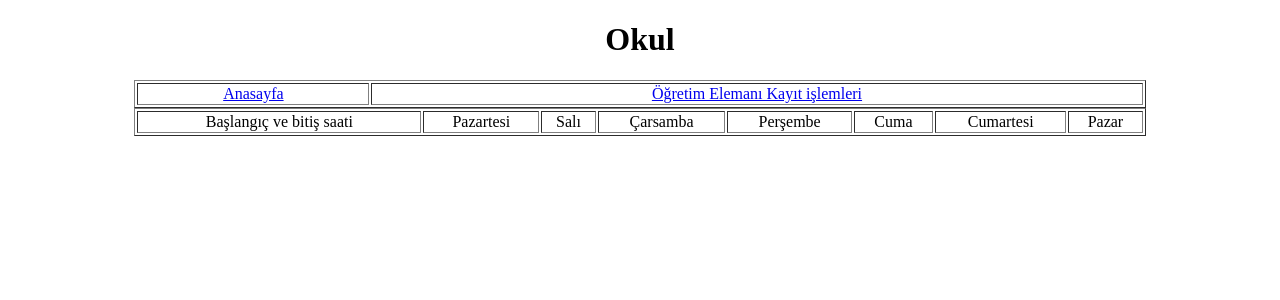
Repository: Egemen-ve-Burakhan-internet-final/final
Page: http://localhost/ogretim/
An editor plug-in stored every save of this project. The page is shown before and after the next save, followed by the edit.
The browser window is 1280 px wide. The pictures show the whole page.
The page is served by Tomcat 9. Other server files are loaded and not shown. Queries for data that is not in the repository find no rows.

Above is the page before, as saved 2020-05-30 13:57:01.

### okul/ogretim/WebContent/index.jsp
<%@ page language="java" contentType="text/html; charset=UTF-8"
    pageEncoding="UTF-8"%>
   <%@ page import="java.sql.DriverManager"%>
   <%@ page import="java.sql.ResultSet"%>
   <%@ page import="java.sql.Statement"%>
   <%@ page import="java.sql.Connection"%>
<!DOCTYPE html>
<html>
	<head>
		<title>Ana Sayfa</title>
	</head>
	<body>
            <%
                Connection connection = DriverManager.getConnection(
                "jdbc:sqlserver://localhost:1433;databaseName=okuldb;integratedSecurity=true;");

            Statement statement1 = connection.createStatement();
            Statement statement2 = connection.createStatement();
            Statement statement3 = connection.createStatement();
            Statement statement4 = connection.createStatement();
            Statement statement5 = connection.createStatement();
            Statement statement6 = connection.createStatement();
            Statement statement7 = connection.createStatement();
            Statement statement8 = connection.createStatement();
            Statement statement9 = connection.createStatement();
            Statement statement10 = connection.createStatement();
            Statement statement11 = connection.createStatement();
            Statement statement12 = connection.createStatement();

            ResultSet resultset1 = statement1.executeQuery("select * from dersler where ders_id=1 and dolu =1");
            ResultSet resultset2 = statement2.executeQuery("select * from dersler where ders_id=2 and dolu =1");
            ResultSet resultset3 = statement3.executeQuery("select * from dersler where ders_id=3 and dolu =1");
            ResultSet resultset4 = statement4.executeQuery("select * from dersler where ders_id=4 and dolu =1");
            ResultSet resultset5 = statement5.executeQuery("select * from dersler where ders_id=5 and dolu =1");
            ResultSet resultset6 = statement6.executeQuery("select * from dersler where ders_id=6 and dolu =1");
            ResultSet resultset7 = statement7.executeQuery("select * from dersler where ders_id=7 and dolu =1");
            ResultSet resultset8 = statement8.executeQuery("select * from dersler where ders_id=8 and dolu =1");
            ResultSet resultset9 = statement9.executeQuery("select * from dersler where ders_id=9 and dolu =1");
            ResultSet resultset10= statement10.executeQuery("select * from dersler where ders_id=10 and dolu =1");
            ResultSet resultset11= statement11.executeQuery("select * from dersler where ders_id=11 and dolu =1");
            ResultSet resultset12= statement12.executeQuery("select * from dersler where ders_id=12 and dolu =1");

            Statement statement13 = connection.createStatement();
            Statement statement14 = connection.createStatement();
            Statement statement15 = connection.createStatement();
            Statement statement16 = connection.createStatement();
            Statement statement17 = connection.createStatement();
            Statement statement18 = connection.createStatement();
            Statement statement19 = connection.createStatement();
            Statement statement20 = connection.createStatement();
            Statement statement21 = connection.createStatement();
            Statement statement22 = connection.createStatement();
            Statement statement23 = connection.createStatement();
            Statement statement24 = connection.createStatement();

            ResultSet ogr1 = statement13.executeQuery("select * from ogretmen_kayit where ders_secim = 1");
            ResultSet ogr2 = statement14.executeQuery("select * from ogretmen_kayit where ders_secim = 2");
            ResultSet ogr3 = statement15.executeQuery("select * from ogretmen_kayit where ders_secim = 3");
            ResultSet ogr4 = statement16.executeQuery("select * from ogretmen_kayit where ders_secim = 4");
            ResultSet ogr5 = statement17.executeQuery("select * from ogretmen_kayit where ders_secim = 5");
            ResultSet ogr6 = statement18.executeQuery("select * from ogretmen_kayit where ders_secim = 6");
            ResultSet ogr7 = statement19.executeQuery("select * from ogretmen_kayit where ders_secim = 7");
            ResultSet ogr8 = statement20.executeQuery("select * from ogretmen_kayit where ders_secim = 8");
            ResultSet ogr9 = statement21.executeQuery("select * from ogretmen_kayit where ders_secim = 9");
            ResultSet ogr10 = statement22.executeQuery("select * from ogretmen_kayit where ders_secim = 10");
            ResultSet ogr11 = statement23.executeQuery("select * from ogretmen_kayit where ders_secim = 11");
            ResultSet ogr12 = statement24.executeQuery("select * from ogretmen_kayit where ders_secim = 12");

            %>

		    <div>

				<div>
					<h1 style="text-align:center">Okul</h1>
				</div>

				<div>
					<table border=1px; width="80%" align= center>
						<tr>
							<td style="text-align:center"><a href="index.jsp">Anasayfa</a></td>
							<td style="text-align:center"><a href="ogretmen_kayit.jsp">Öğretim Elemanı Kayıt işlemleri</a></td>
						</tr>
					</table>
				</div>

				<div>

					<table border = 1px; align = center width=80% style="text-align:center">

					  <tr>
						<td>Başlangıç ve bitiş saati</td>
						<td>Pazartesi</td>
						<td>Salı</td>
						<td>Çarsamba</td>
						<td>Perşembe</td>
						<td>Cuma</td>
						<td>Cumartesi</td>
						<td>Pazar</td>
					  </tr>
			            <% while(resultset1.next()){ %>
			            <% while(resultset2.next()){ %>
			            <% while(resultset3.next()){ %>
			            <% while(resultset4.next()){ %>
			            <% while(resultset5.next()){ %>
			            <% while(resultset6.next()){ %>
			            <% while(resultset7.next()){ %>
			            <% while(resultset8.next()){ %>
			            <% while(resultset9.next()){ %>
			            <% while(resultset10.next()){ %>
			            <% while(resultset11.next()){ %>
			            <% while(resultset12.next()){ %>

			            <% while(ogr1.next()){ %>
			            <% while(ogr2.next()){ %>
			            <% while(ogr3.next()){ %>
			            <% while(ogr4.next()){ %>
			            <% while(ogr5.next()){ %>
			            <% while(ogr6.next()){ %>
			            <% while(ogr7.next()){ %>
			            <% while(ogr8.next()){ %>
			            <% while(ogr9.next()){ %>
			            <% while(ogr10.next()){ %>
			            <% while(ogr11.next()){ %>
			            <% while(ogr12.next()){ %>
			           <tr>
			            	<td> 9:00 - 9:45 </td>
			            	<td> <%= resultset1.getString("ders_adi") %> <br> (<%= ogr1.getString("ogretmen_unvan") %> <%= ogr1.getString("ogretmen_adi") %>) </td>
			            	<td> <%= resultset5.getString("ders_adi") %> <br> (<%= ogr5.getString("ogretmen_unvan") %> <%= ogr5.getString("ogretmen_adi") %>) </td>
			                <td> <%= resultset9.getString("ders_adi") %> <br> (<%= ogr9.getString("ogretmen_unvan") %> <%= ogr9.getString("ogretmen_adi") %>) </td>
			                <td> <%= resultset1.getString("ders_adi") %> <br> (<%= ogr1.getString("ogretmen_unvan") %> <%= ogr1.getString("ogretmen_adi") %>) </td>
			                <td> <%= resultset9.getString("ders_adi") %> <br> (<%= ogr9.getString("ogretmen_unvan") %> <%= ogr9.getString("ogretmen_adi") %>) </td>

			           </tr>

			           <tr>
			                <td> 10:00 - 10:45 </td>
			            	<td> <%= resultset1.getString("ders_adi") %> <br> (<%= ogr1.getString("ogretmen_unvan") %> <%= ogr1.getString("ogretmen_adi") %>) </td>
			            	<td> <%= resultset5.getString("ders_adi") %> <br> (<%= ogr5.getString("ogretmen_unvan") %> <%= ogr5.getString("ogretmen_adi") %>) </td>
			                <td> <%= resultset9.getString("ders_adi") %> <br> (<%= ogr9.getString("ogretmen_unvan") %> <%= ogr9.getString("ogretmen_adi") %>) </td>
			                <td> <%= resultset1.getString("ders_adi") %> <br> (<%= ogr1.getString("ogretmen_unvan") %> <%= ogr1.getString("ogretmen_adi") %>) </td>
			                <td> <%= resultset9.getString("ders_adi") %> <br> (<%= ogr9.getString("ogretmen_unvan") %> <%= ogr9.getString("ogretmen_adi") %>) </td>
			           </tr>

			           <tr>
			            	<td> 11:00 - 11:45 </td>
			            	<td> <%= resultset2.getString("ders_adi") %> <br> (<%= ogr2.getString("ogretmen_unvan") %> <%= ogr2.getString("ogretmen_adi") %>) </td>
			            	<td> <%= resultset6.getString("ders_adi") %> <br> (<%= ogr6.getString("ogretmen_unvan") %> <%= ogr6.getString("ogretmen_adi") %>) </td>
                            <td> <%= resultset3.getString("ders_adi") %> <br> (<%= ogr3.getString("ogretmen_unvan") %> <%= ogr3.getString("ogretmen_adi") %>) </td>
			            	<td> <%= resultset9.getString("ders_adi") %> <br> (<%= ogr9.getString("ogretmen_unvan") %> <%= ogr9.getString("ogretmen_adi") %>) </td>
			            	<td> <%= resultset6.getString("ders_adi") %> <br> (<%= ogr6.getString("ogretmen_unvan") %> <%= ogr6.getString("ogretmen_adi") %>) </td>

			           </tr>
			           <tr>
			                <td> 11:55 - 12:40 </td>
			            	<td> <%= resultset2.getString("ders_adi") %> <br> (<%= ogr2.getString("ogretmen_unvan") %> <%= ogr2.getString("ogretmen_adi") %>) </td>
			            	<td> <%= resultset6.getString("ders_adi") %> <br> (<%= ogr6.getString("ogretmen_unvan") %> <%= ogr6.getString("ogretmen_adi") %>) </td>
                            <td> <%= resultset3.getString("ders_adi") %> <br> (<%= ogr3.getString("ogretmen_unvan") %> <%= ogr3.getString("ogretmen_adi") %>) </td>
			            	<td> <%= resultset9.getString("ders_adi") %> <br> (<%= ogr9.getString("ogretmen_unvan") %> <%= ogr9.getString("ogretmen_adi") %>) </td>
			            	<td> <%= resultset6.getString("ders_adi") %> <br> (<%= ogr6.getString("ogretmen_unvan") %> <%= ogr6.getString("ogretmen_adi") %>) </td>
			           </tr>

			           <tr>
			                <td colspan = "6"> ÖĞLEN ARASI </td>
			           </tr>

			           <tr>
			            	<td> 13:25 - 14:10 </td>
			            	<td> <%= resultset3.getString("ders_adi") %> <br> (<%= ogr3.getString("ogretmen_unvan") %> <%= ogr3.getString("ogretmen_adi") %>) </td>
			            	<td> <%= resultset8.getString("ders_adi") %> <br> (<%= ogr8.getString("ogretmen_unvan") %> <%= ogr8.getString("ogretmen_adi") %>) </td>
			            	<td> <%= resultset8.getString("ders_adi") %> <br> (<%= ogr8.getString("ogretmen_unvan") %> <%= ogr8.getString("ogretmen_adi") %>) </td>
			            	<td> <%= resultset11.getString("ders_adi") %> <br>(<%= ogr11.getString("ogretmen_unvan") %> <%= ogr11.getString("ogretmen_adi") %>) </td>
			            	<td> <%= resultset1.getString("ders_adi") %> <br> (<%= ogr1.getString("ogretmen_unvan") %> <%= ogr1.getString("ogretmen_adi") %>) </td>
			           </tr>
			           <tr>
			                <td> 14:25 - 15:10 </td>
			            	<td> <%= resultset3.getString("ders_adi") %> <br> (<%= ogr3.getString("ogretmen_unvan") %> <%= ogr3.getString("ogretmen_adi") %>) </td>
			            	<td> <%= resultset8.getString("ders_adi") %> <br> (<%= ogr8.getString("ogretmen_unvan") %> <%= ogr8.getString("ogretmen_adi") %>) </td>
			            	<td> <%= resultset8.getString("ders_adi") %> <br> (<%= ogr8.getString("ogretmen_unvan") %> <%= ogr8.getString("ogretmen_adi") %>) </td>
			            	<td> <%= resultset11.getString("ders_adi") %> <br>(<%= ogr11.getString("ogretmen_unvan") %> <%= ogr11.getString("ogretmen_adi") %>) </td>
			            	<td> <%= resultset1.getString("ders_adi") %> <br> (<%= ogr1.getString("ogretmen_unvan") %> <%= ogr1.getString("ogretmen_adi") %>) </td>
			           </tr>

			           <tr>
			            	<td> 15:25 - 16:10 </td>
			            	<td> <%= resultset4.getString("ders_adi") %> <br> (<%= ogr4.getString("ogretmen_unvan") %> <%= ogr4.getString("ogretmen_adi") %>) </td>
			            	<td> <%= resultset2.getString("ders_adi") %> <br> (<%= ogr2.getString("ogretmen_unvan") %> <%= ogr2.getString("ogretmen_adi") %>) </td>
			            	<td> <%= resultset7.getString("ders_adi") %> <br> (<%= ogr7.getString("ogretmen_unvan") %> <%= ogr7.getString("ogretmen_adi") %>) </td>
			            	<td> <%= resultset12.getString("ders_adi") %> <br>(<%= ogr12.getString("ogretmen_unvan") %> <%= ogr12.getString("ogretmen_adi") %>) </td>
			            	<td> <%= resultset7.getString("ders_adi") %> <br> (<%= ogr7.getString("ogretmen_unvan") %> <%= ogr7.getString("ogretmen_adi") %>) </td>
			           </tr>
			           <tr>
			                <td> 16:20 - 17:05 </td>
			            	<td> <%= resultset4.getString("ders_adi") %> <br> (<%= ogr4.getString("ogretmen_unvan") %> <%= ogr4.getString("ogretmen_adi") %>) </td>
			            	<td> <%= resultset2.getString("ders_adi") %> <br> (<%= ogr2.getString("ogretmen_unvan") %> <%= ogr2.getString("ogretmen_adi") %>) </td>
			            	<td> <%= resultset7.getString("ders_adi") %> <br> (<%= ogr7.getString("ogretmen_unvan") %> <%= ogr7.getString("ogretmen_adi") %>) </td>
			            	<td> <%= resultset10.getString("ders_adi") %> <br>(<%= ogr10.getString("ogretmen_unvan") %> <%= ogr10.getString("ogretmen_adi") %>) </td>
			            	<td> <%= resultset7.getString("ders_adi") %> <br> (<%= ogr7.getString("ogretmen_unvan") %> <%= ogr7.getString("ogretmen_adi") %>) </td>

			           </tr>
			        <% }
			       	   }
			           }
			           }
			           }
			           }
			           }
			           }
			           }
			           }
			           }
			           }

			           }
			       	   }
			           }
			           }
			           }
			           }
			           }
			           }
			           }
			           }
			           }
			           } %>
					</table>
			    </div>

		    </div>
    </body>
</html>

After the next save:
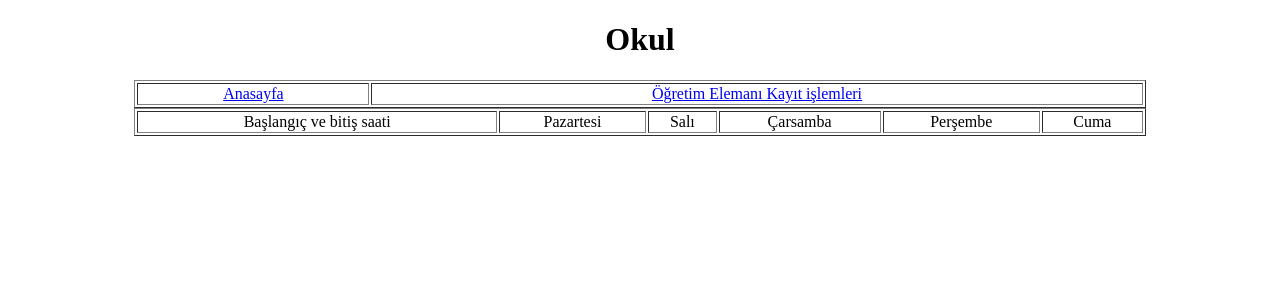
Saved 26 s later.
--- a/okul/ogretim/WebContent/index.jsp
+++ b/okul/ogretim/WebContent/index.jsp
@@ -94,8 +94,7 @@
 						<td>Çarsamba</td>
 						<td>Perşembe</td>
 						<td>Cuma</td>
-						<td>Cumartesi</td>
-						<td>Pazar</td>
+
 					  </tr>
 			            <% while(resultset1.next()){ %>
 			            <% while(resultset2.next()){ %>
